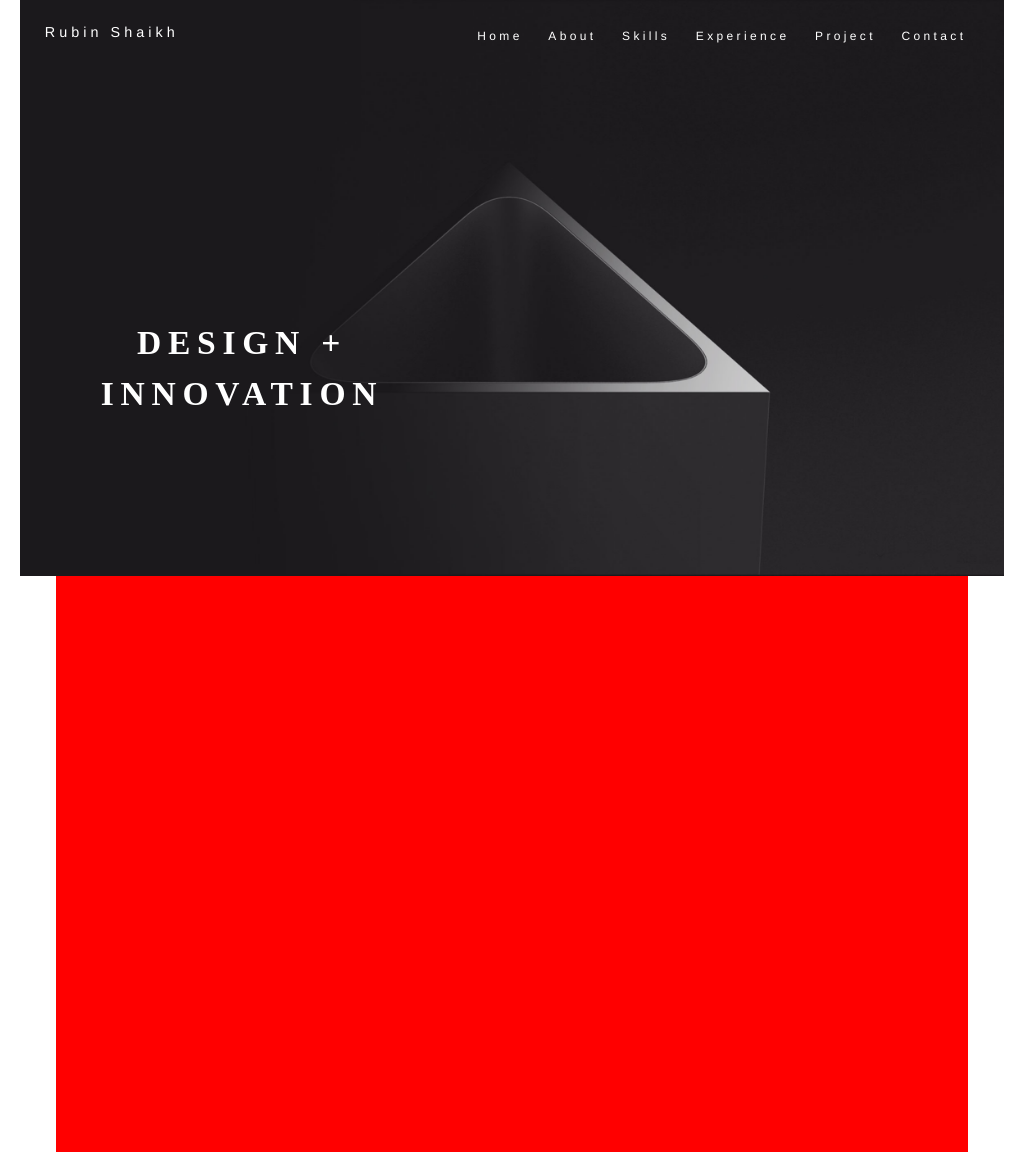
Repository: Rubin78/My-Portfolio
Page: /second
An editor plug-in stored every save of this project. The page is shown before and after the next save, followed by the edit.
The browser window is 1280 px wide. The pictures show the whole page, at 80% of full size.
The project was rebuilt for these pictures with package versions that can differ from the ones it lists, and the page was loaded fresh each time. Also part of the build but not shown: src/components/First/First.module.css, src/components/First/First.js, src/components/Third.js.

Above is the page before, as saved 2020-07-21 17:28:40.

### src/App.js
import React from 'react';

// import './App.css';

import { BrowserRouter as Router, Switch, Route } from "react-router-dom";
import First from './components/First/First';
import Second from './components/Second';
import Third from './components/Third';
function App() {
  return (
    <Router>
        <div className="App">

          <Switch>
            <Route exact path="/" component={First} />
            <Route exact path="/second" component={Second} />
            <Route exact path="/third" component={Third} />



            <Route render={() => <h2>404 Page Not Found</h2>} />
          </Switch>
        </div>
      </Router>
  );
}

export default App;

### src/components/Second.js
// import React, { Component } from 'react';
// import { Link } from "react-router-dom";
// class Second extends Component {
//     render() {
//         console.log(this.props);
//         return (




//             <div>
//                 <Link to="/third" >Go to the third page</Link>

//         <div>{this.props.location.state}</div>
//             </div>
//         );
//     }
// }

// export default Second;








import React, { useState } from 'react';
import {
  Collapse,
  Navbar,
  NavbarToggler,
  NavbarBrand,
  Nav,
  NavItem,
  NavLink,
  UncontrolledDropdown,
  DropdownToggle,
  DropdownMenu,
  DropdownItem,
  NavbarText
} from 'reactstrap';
import { Container, Row, Col} from 'reactstrap';
import styles  from '../components/Second.css'
import hero1 from '../assests/hero1.jpg';
import { Hidden } from '@material-ui/core';


const Example = (props) => {
  const [isOpen, setIsOpen] = useState(false);

  const toggle = () => setIsOpen(!isOpen);

  return (
<div>
    <Container fluid  className="containerBody2" style={{  backgroundImage:`url(${hero1})`,backgroundColor:'red'}} >
    <div style={{backgroundColor:'transparent',height:90,display:'flex'}}>
      <Navbar color="red" light expand="md"  style={{display:'flex',flex:1,}} >
        <NavbarBrand href="/"><h4  className="textheader1" >Rubin Shaikh</h4></NavbarBrand>
        <NavbarToggler onClick={toggle} style={{color:'white',backgroundColor:'#F5F5F5'}} />
        <Collapse isOpen={isOpen} navbar >
          <Nav className="mr-auto" navbar>



         </Nav>

         <NavLink  href="/components/"  className="textheader" >Home</NavLink>
         <NavLink href="/components/" className="textheader">About</NavLink>
          <NavLink href="/components/" className="textheader">Skills</NavLink>
          <NavLink href="/components/" className="textheader">Experience</NavLink>
          <NavLink href="/components/" className="textheader">Project</NavLink>
          <NavLink href="/components/" className="textheader">Contact</NavLink>
        </Collapse>
      </Navbar>
    </div>


<Col sm="5"  style={{ display:'flex',flex:1,
alignItems:'space-between',justifyContent:'center',paddingLeft:40,}}>
<div style={{display:'flex',height:450,flexDirection:'column',justifyContent:'flex-end',alignItems:'flex-start',marginBottom:20,}} >

    <div style={{color:'white',fontSize:42,textAlign:'center',fontFamily:"Patua One",fontWeight:"bolder",letterSpacing:'.20em'}} >
    {/* <div style={{color:'#ffffff',fontSize:15,textAlign:"left",letterSpacing:'.1em',paddingLeft:60}}>HELLO,</div> */}

      DESIGN +
   <p style={{paddingBottom:-15}}>INNOVATION</p></div>
    {/* <button onClick={this.submitHandler} >go to second page</button> */}
    </div>
</Col>
    </Container>


<Container  className="container2">

</Container>

    </div>
  );
}

export default Example;

### src/components/Second.css

.containerBody2{



    background-position: center;
    background-size: cover;
    background-repeat: 'no-repeat';
    height: 100vh;
    width: calc(100vw - 50px);
    overflow: hidden;
    position: relative;
background-color: black;

}


.container2{

    height: 100vh;
    width: 99.9vw;
    overflow: hidden;
    background-color: red;

position: relative;
}


.textheader{


  color: white;
  font-size: 15px;
font-family: "Gotham-Medium","Helvetica Neue","sans-serif";
letter-spacing: .28em;
}



.textheader1{


    color: white;
    font-size: 18px;
  font-family: "Gotham-Medium","Helvetica Neue","sans-serif";
  letter-spacing: .28em;
  }




.textcolor{
font-size: 45px;
margin-bottom: 20px;
letter-spacing: -1px;
font-family: "Gotham-Bold","Helvetica Neue",sans-serif;


background-color: red;


}

Loaded but not shown: public/index.html (common file); src/index.js (common file); src/index.css (common file); src/serviceWorker.js (common file)

After the next save:
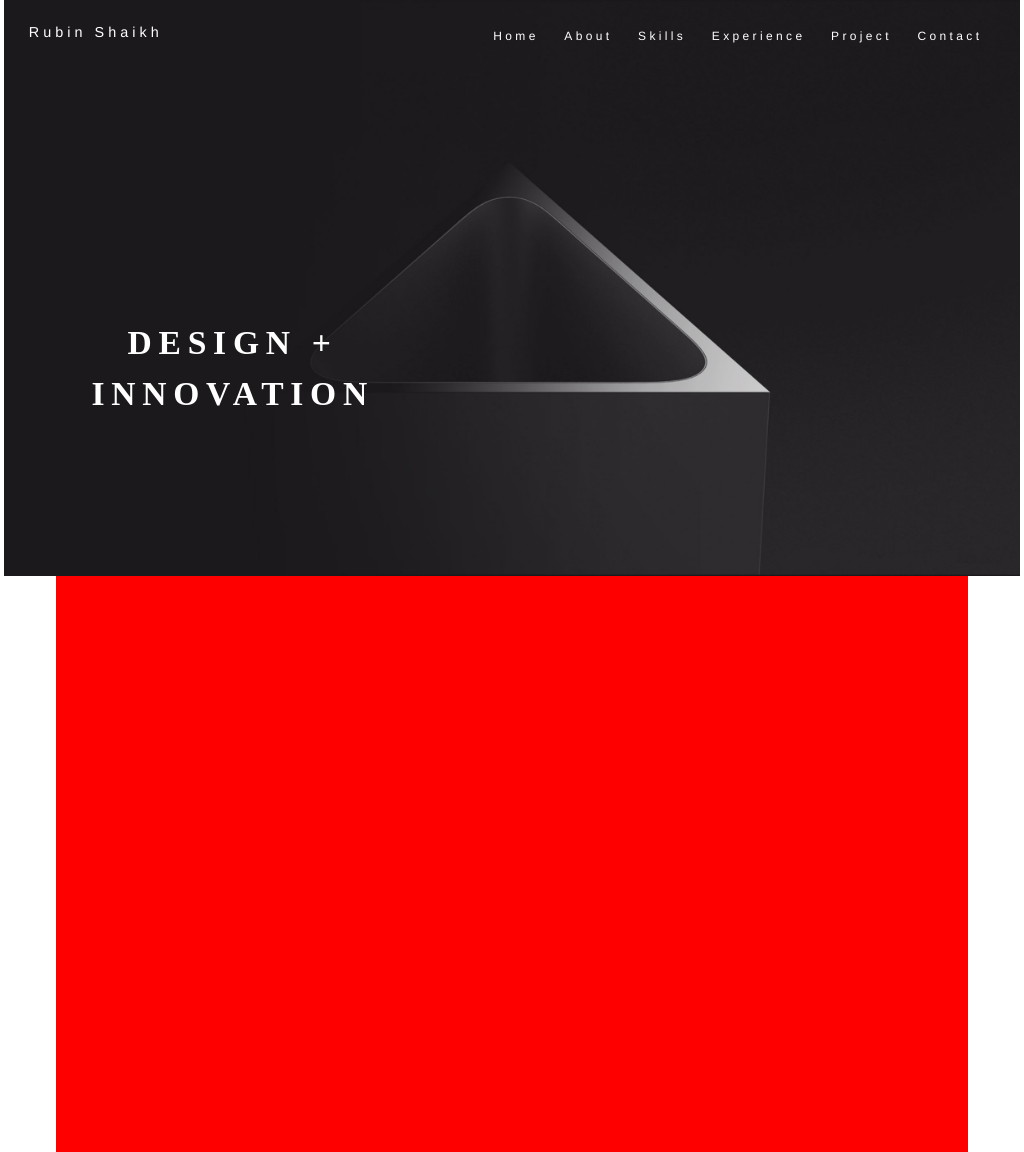
Saved 6 s later.
--- a/src/components/Second.css
+++ b/src/components/Second.css
@@ -7,7 +7,7 @@
     background-size: cover;
     background-repeat: 'no-repeat';
     height: 100vh;
-    width: calc(100vw - 50px);
+    width: calc(100vw - 10px);
     overflow: hidden;
     position: relative;
 background-color: black;
